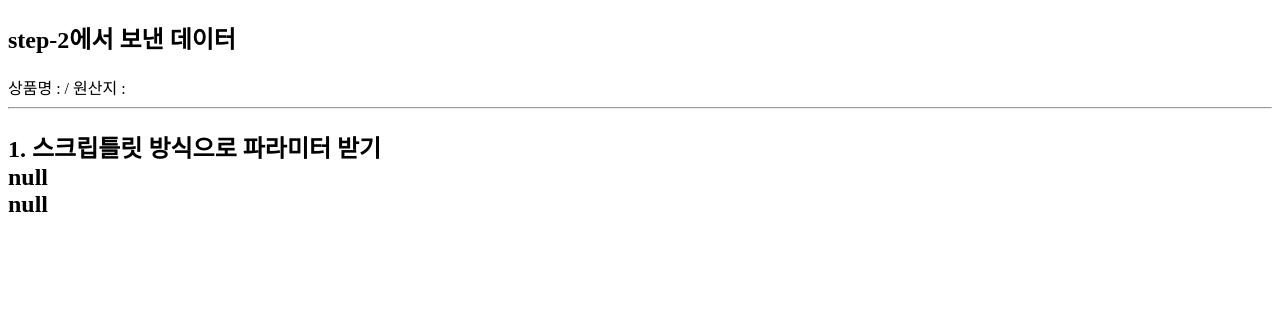
Repository: havanara/240411_JSTL_Project
Page: http://localhost/jstl_study/step-3.jsp
An editor plug-in stored every save of this project. The page is shown before and after the next save, followed by the edit.
The browser window is 1280 px wide. The pictures show the whole page.
The page is served by Tomcat 9. Other server files are loaded and not shown.

Above is the page before, as saved 2024-04-11 03:10:12.

### jstl_study/src/main/webapp/step-3.jsp
<%@ page language="java" contentType="text/html; charset=UTF-8"
    pageEncoding="UTF-8"%>
<!DOCTYPE html>
<html>
<head>
<meta charset="UTF-8">
<title>Insert title here</title>
</head>
<body>
	<h2>step-2에서 보낸 데이터</h2>
	상품명 : ${param.name } / 원산지 : ${param.address } <br>

	<hr>

	<h2>
		1. 스크립틀릿 방식으로 파라미터 받기 <br>

		<%= request.getParameter("name") %> <br>
		<%= request.getParameter("address") %> <br>
	</h2>
</body>
</html>

After the next save:
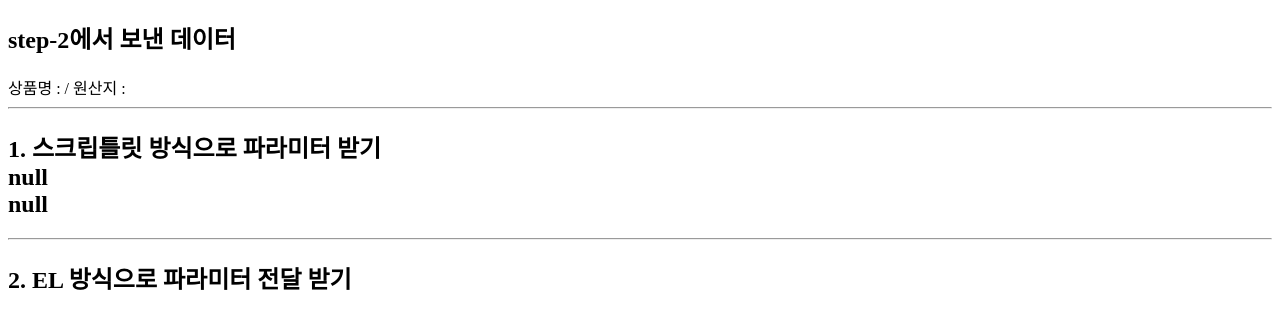
Saved 71 s later.
--- a/jstl_study/src/main/webapp/step-3.jsp
+++ b/jstl_study/src/main/webapp/step-3.jsp
@@ -18,5 +18,14 @@
 		<%= request.getParameter("name") %> <br>
 		<%= request.getParameter("address") %> <br>
 	</h2>
+
+	<hr>
+
+	<h2>
+		2. EL 방식으로 파라미터 전달 받기 <br>
+		${param.name } <br>
+		${param.address } <br>
+
+	</h2>
 </body>
 </html>
